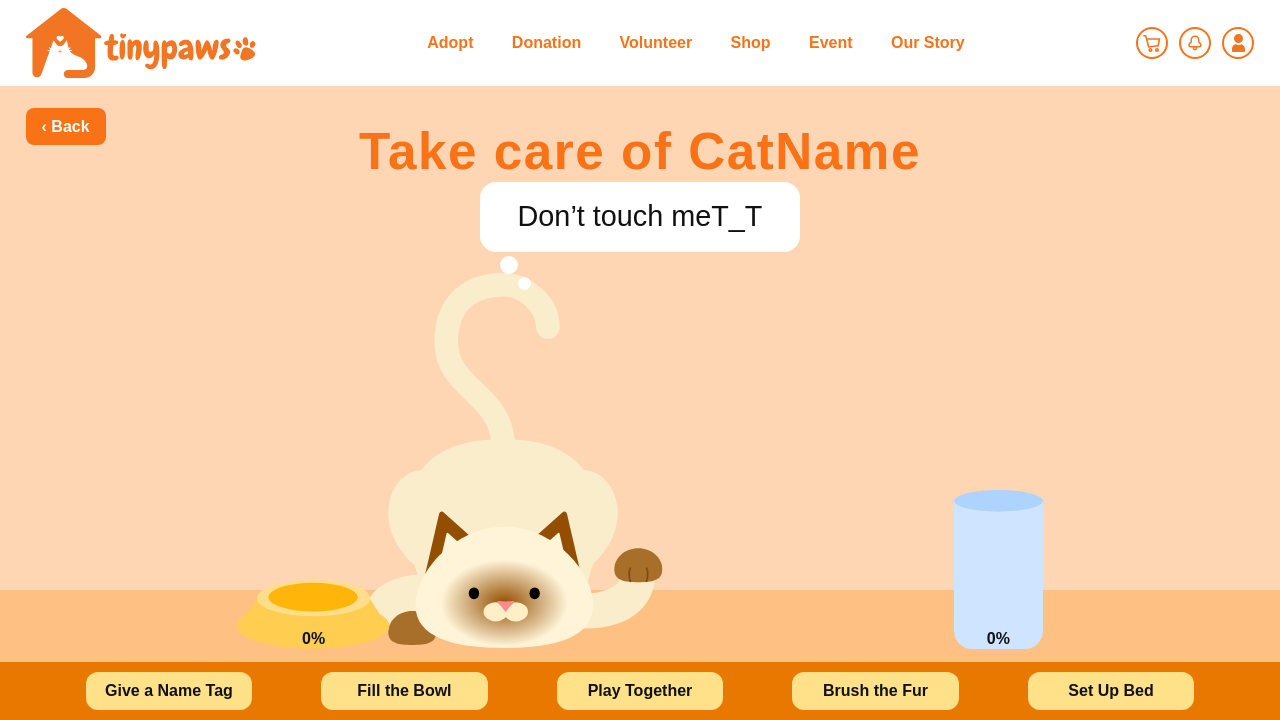
Repository: LShuyanLi/TinyPaws
Page: /, after clicking the first element matching `div > div`
The author's editor kept a copy of each file at every save. The page is drawn from the files as they stood at one save, then again after the next save.
The browser window is 1280 px wide. The pictures show the whole page.
The project was rebuilt for these pictures with package versions that can differ from the ones it lists, and the page was loaded fresh each time. The framework's server and built-in components were replaced by stand-ins that run in the browser. Also part of the build but not shown: next.config.mjs.

Above is the page before, as saved 2026-05-09 23:38:25.

### app/layout.js
import { Geist, Geist_Mono } from "next/font/google";
import "./globals.css";

const geistSans = Geist({
  variable: "--font-geist-sans",
  subsets: ["latin"],
});

const geistMono = Geist_Mono({
  variable: "--font-geist-mono",
  subsets: ["latin"],
});

export const metadata = {
  title: "Create Next App",
  description: "Generated by create next app",
};

export default function RootLayout({ children }) {
  return (
    <html lang="en" className={`${geistSans.variable} ${geistMono.variable}`}>
      <body>{children}</body>
    </html>
  );
}

### app/page.js
"use client";

import { useState } from "react";

import Header from "@/components/shared/Header";
import ChooseScreen from "@/components/shuyan/ChooseScreen";
import PlayScreen from "@/components/shuyan/PlayScreen";



export default function Home() {
  const [screen, setScreen] = useState("choose");
  const [selectedCat, setSelectedCat] = useState(null);

  function goToChoose() {
    setScreen("choose");
  }

  function goToPlay(catImage) {
    setSelectedCat(catImage);
    setScreen("play");
  }

  return (
    <main
      style={{
        width: "100vw",
        height: "100vh",
        margin: 0,
        overflow: "hidden",
        fontFamily: "Arial, Helvetica, sans-serif",
        backgroundColor: "#ffd6b3",
      }}
    >
      <Header />

      {screen === "choose" && (
        <ChooseScreen goToPlay={goToPlay} />
      )}

      {screen === "play" && (
        <PlayScreen
        goToChoose={goToChoose}
        selectedCat={selectedCat} />
      )}
    </main>
  );
}

### app/globals.css
:root {
  --background: #ffffff;
  --foreground: #171717;
}

@media (prefers-color-scheme: dark) {
  :root {
    --background: #0a0a0a;
    --foreground: #ededed;
  }
}

html {
  height: 100%;
}

html,
body {
  max-width: 100vw;
  overflow-x: hidden;
}

body {
  min-height: 100%;
  display: flex;
  flex-direction: column;
  color: var(--foreground);
  background: var(--background);
  font-family: Arial, Helvetica, sans-serif;
  -webkit-font-smoothing: antialiased;
  -moz-osx-font-smoothing: grayscale;
}

* {
  box-sizing: border-box;
  padding: 0;
  margin: 0;
}

a {
  color: inherit;
  text-decoration: none;
}

@media (prefers-color-scheme: dark) {
  html {
    color-scheme: dark;
  }
}

### components/shared/Header.jsx
// Displays the decorative top navigation area with the logo, nav menu, and icons.

export default function Header() {
  return (
    <header
      style={{
        width: "100%",
        height: "12vh",
        backgroundColor: "#ffffff",
        display: "flex",
        alignItems: "center",
        justifyContent: "space-between",
        padding: "0 2vw",
        boxSizing: "border-box",
      }}
    >
      <img
        src="/Logo.svg"
        alt="TinyPaws logo"
        style={{
          width: "18vw",
          minWidth: "150px",
          maxWidth: "270px",
          height: "auto",
        }}
      />

      <nav
        style={{
          display: "flex",
          gap: "3vw",
          color: "#f97316",
          fontWeight: "700",
          fontSize: "1rem",
        }}
      >
        <span>Adopt</span>
        <span>Donation</span>
        <span>Volunteer</span>
        <span>Shop</span>
        <span>Event</span>
        <span>Our Story</span>
      </nav>

      <div
        style={{
          display: "flex",
          gap: "0.7rem",
        }}
      >
        <button style={iconButtonStyle}>
         <img src="/chart.svg" style={iconImageStyle} />
        </button>

        <button style={iconButtonStyle}>
          <img src="/bell.svg" style={iconImageStyle} />
        </button>

        <button style={iconButtonStyle}>
         <img src="/user.svg" style={iconImageStyle} />
        </button>
      </div>
    </header>
  );
}

const iconButtonStyle = {
  width: "2rem",
  height: "2rem",
  border: "2px solid #f97316",
  borderRadius: "50%",
  backgroundColor: "#ffffff",
  color: "#f97316",
  cursor: "pointer",
  display: "flex",
  alignItems: "center",
  justifyContent: "center",
};

const iconImageStyle = {
  width: "1.1rem",
  height: "1.1rem",
  objectFit: "contain",
  display: "block",
};

### components/shuyan/ChooseScreen.jsx
import PokeCatBall from "@/components/shuyan/PokeCatBall";

export default function ChooseScreen({ goToPlay }) {

    return (
        <section
        style={{
            position: "relative",
            width: "100%",
            height: "88vh",
            backgroundColor: "#ffd6b3",
        }}
        >

        <h1
            style={{
            margin: 0,
            paddingTop: "5vh",
            textAlign: "center",
            color: "#f97316",
            fontSize: "clamp(2rem, 4vw, 3.3rem)",
            fontWeight: "700",
            letterSpacing: "0.03em",
            }}
        >
            Choose Your New Little Friend
        </h1>

        <div
            style={{
            position: "relative",
            zIndex: 5,
            width: "100%",
            display: "flex",
            justifyContent: "space-around",
            alignItems: "flex-start",
            marginTop: "8vh",
            padding: "0 4vw",
            boxSizing: "border-box",
            }}
        >
            <PokeCatBall
                closeBall="/CloseBall.svg"
                openBall="/OpenBall-1.svg"
                catImage="/cat-1.svg"
                goToPlay={goToPlay} />
            <PokeCatBall
                closeBall="/CloseBall.svg"
                openBall="/OpenBall-2.svg"
                catImage="/cat-2.svg"
                goToPlay={goToPlay} />
            <PokeCatBall
                closeBall="/CloseBall.svg"
                openBall="/OpenBall-3.svg"
                catImage="/cat-3.svg"
                goToPlay={goToPlay} />
        </div>

        <div
            style={{
            position: "absolute",
            left: 0,
            bottom: "7.5vh",
            width: "100%",
            height: "10vh",
            backgroundColor: "#ffc083",
            }}
        />

        <div
            style={{
            position: "absolute",
            left: 0,
            bottom: 0,
            width: "100%",
            height: "7.5vh",
            backgroundColor: "#e97800",
            }}
        />
        </section>
    );
}

### components/shuyan/PlayScreen.jsx
// PlayScreen.jsx: Builds the main cat play screen with the background, cat area, feeding area, tools, bed, and bottom buttons.

import BackButton from "@/components/shuyan/BackButton";
import BottomActionBar from "@/components/shuyan/BottomActionBar";
import CatDisplay from "@/components/shared/CatDisplay";
import FoodBowl from "@/components/Jinwon/FoodBowl";
import WaterBottle from "@/components/Jinwon/WaterBottle";
import CatEmotion from "@/components/Jessica/CatEmotion";

export default function PlayScreen({ goToChoose, selectedCat }) {
  return (
    <section
      style={{
        position: "relative",
        width: "100%",
        height: "88vh",
        backgroundColor: "#ffd6b3",
        overflow: "hidden",
      }}
    >
      <BackButton goToChoose={goToChoose}/>

      <h1
        style={{
          margin: 0,
          paddingTop: "5vh",
          textAlign: "center",
          color: "#f97316",
          fontSize: "clamp(2rem, 4vw, 3.3rem)",
          fontWeight: "700",
          letterSpacing: "0.03em",
          position: "relative",
          zIndex: 5,
        }}
      >
        Take care of CatName
      </h1>

      {/* Light orange ground */}
      <div
        style={{
          position: "absolute",
          left: 0,
          bottom: "8vh",
          width: "100%",
          height: "10vh",
          backgroundColor: "#ffc083",
          zIndex: 1,
        }}
      />

      {/* Main play area */}
      <div
        style={{
          position: "absolute",
          left: "50%",
          bottom: "10vh",
          transform: "translateX(-50%)",
          width: "75vw",
          height: "50vh",
          zIndex: 5,
        }}
      >
        <CatEmotion />
        <FoodBowl />
        <CatDisplay selectedCat={selectedCat}/>
        <WaterBottle />
      </div>

      <BottomActionBar />
    </section>
  );
}

### components/shuyan/PokeCatBall.jsx
"use client";
// Displays one selectable pokeCAT ball and shows its cat preview on hover.

import { useState } from "react";

export default function PokeCatBall({ closeBall, openBall, goToPlay, catImage }) {

    const [isHover, setIsHover] = useState(false);

    function pokecatBall() {
        if (!isHover) {
            return closeBall;
        } else {
            return openBall;
        }
    }

    return (
        <div
            onClick={() => goToPlay(catImage)}
            onMouseEnter={() => setIsHover(true)}
            onMouseLeave={() => setIsHover(false)}
            style={{
                width: "24vw",
                maxWidth: "380px",
                minWidth: "230px",
                height: "50vh",
                display: "flex",
                alignItems: "flex-start",
                justifyContent: "center",
                cursor: "pointer"
            }}
        >
        <img
            src={pokecatBall()}
            style={{
            width: "90%",
            objectFit: "contain",
            display: "block",
            }}
        />
        </div>
    );
}

### components/shuyan/BackButton.jsx
// Displays the back button and returns the user to the cat selection screen.


export default function BackButton({ goToChoose }) {
  return (
    <button
        onClick={goToChoose}
        style={{
            position: "absolute",
            top: "3vh",
            left: "2vw",
            backgroundColor: "#f97316",
            color: "#ffffff",
            border: "none",
            borderRadius: "8px",
            padding: "0.6rem 1rem",
            fontSize: "1rem",
            fontWeight: "600",
            cursor: "pointer",
            zIndex: 10,
      }}
    >
      ‹ Back
    </button>
  );
}

### components/shuyan/BottomActionBar.jsx
"use client";

// BottomActionBar.jsx: Displays the bottom interaction buttons and shows each hover bubble.

import { useState } from "react";

export default function BottomActionBar( {
  activeButton,
  setActiveButton,
  setSelectedBed, //these three are for the bed feature
  ballSpeed,
  setBallSpeed, //these two are for the play ball feature
  featherActive,
  setFeatherActive,
}) {
  return (
    <div
      style={{
        position: "absolute",
        left: 0,
        bottom: 0,
        width: "100%",
        height: "8vh",
        backgroundColor: "#e97800",
        display: "flex",
        alignItems: "center",
        justifyContent: "space-around",
        padding: "0 4vw",
        boxSizing: "border-box",
        zIndex: 20,
      }}
    >
      {/* Name button - Elina can connect this to NameTag modal later */}
      <div style={{ position: "relative" }}>
        <button style={buttonStyle}>Give a Name Tag</button>
      </div>

      {/* Feed button - Jinwon */}
      <div
        onMouseEnter={() => setActiveButton("feed")}
        onMouseLeave={() => setActiveButton(null)}
        style={{ position: "relative" }}
      >
        {activeButton === "feed" && (
          <div style={bubbleStyle}>
            <img src="/bubble-3.svg" style={bubbleBackgroundStyle} />

            {/* dry food option - Jinwon can add onClick here */}
            <img
              src="/dryfood.svg"
              style={{
                position: "absolute",
                top: "8%",
                left: "50%",
                transform: "translateX(-50%)",
                width: "45%",
                height: "auto",
                cursor: "pointer",
              }}
            />

            {/* wet food option - Jinwon can add onClick here */}
            <img
              src="/wetfood.svg"
              style={{
                position: "absolute",
                top: "34%",
                left: "50%",
                transform: "translateX(-50%)",
                width: "45%",
                height: "auto",
                cursor: "pointer",
              }}
            />

            {/* water option - Jinwon can add onClick here */}
            <img
              src="/water.svg"
              style={{
                position: "absolute",
                top: "60%",
                left: "50%",
                transform: "translateX(-50%)",
                width: "38%",
                height: "auto",
                cursor: "pointer",
              }}
            />
          </div>
        )}

        <button style={buttonStyle}>Fill the Bowl</button>
      </div>

      {/* Play button - Jonah handles ball/feather, Elina handles hand */}
      <div
        style={{ position: "relative" }}
      >
        {activeButton === "play" && (
          <div style={bubbleStyle}>
            <img src="/bubble-3.svg" style={bubbleBackgroundStyle} />

            {/* ball option - Jonah can add onClick here */}
            <img
              src="/ball.svg"
                onClick={() => {
                setFeatherActive(false);

                setBallSpeed(prev =>
                  prev === "stop"
                    ? "slow"
                    : prev === "slow"
                    ? "fast"
                    : "stop"
                );
              }}
              style={{
                position: "absolute",
                top: "8%",
                left: "50%",
                transform: "translateX(-50%)",
                width: "42%",
                height: "auto",
                cursor: "pointer",
                opacity: ballSpeed === "stop" ? 0.5 : 1
              }}
            />

            {/* feather option - Jonah can add onClick here */}
            <img
              src="/feather.svg"
              onClick={() => {
                setBallSpeed("stop");
                setFeatherActive(prev => !prev);
              }}
              style={{
                position: "absolute",
                top: "30%",
                left: "50%",
                transform: "translateX(-50%)",
                width: "55%",
                height: "auto",
                cursor: "pointer",
              }}
            />

            {/* hand option - Elina can add onClick here */}
            <img
              src="/hand.svg"
              style={{
                position: "absolute",
                top: "55%",
                left: "50%",
                transform: "translateX(-50%)",
                width: "42%",
                height: "auto",
                cursor: "pointer",
              }}
            />
          </div>
        )}

        <button
          style={buttonStyle}
          onClick={() =>
            setActiveButton(activeButton === "play" ? null : "play")
          }
        >Play Together</button>
      </div>

      {/* Brush button - Elina */}
      <div
        onMouseEnter={() => setActiveButton("brush")}
        onMouseLeave={() => setActiveButton(null)}
        style={{ position: "relative" }}
      >
        {activeButton === "brush" && (
          <div style={bubbleStyle}>
            <img src="/bubble-1.svg" style={bubbleBackgroundStyle} />

            {/* brush option - Elina can add onClick here */}
            <img
              src="/brush.svg"
              style={{
                position: "absolute",
                top: "22%",
                left: "50%",
                transform: "translateX(-50%)",
                width: "55%",
                height: "auto",
                cursor: "pointer",
              }}
            />
          </div>
        )}

        <button style={buttonStyle}>Brush the Fur</button>
      </div>

      {/* Bed button - Jonah */}
      <div
        style={{ position: "relative" }}
      >
        {activeButton === "bed" && (
          <div style={bubbleStyle}>
            <img src="/bubble-2.svg" style={bubbleBackgroundStyle} />

            {/* yellow bed option - Jonah can add onClick here */}
            <img
              src="/bed-1.svg"
              onClick={() => {
                setSelectedBed(prev =>
                  prev === "yellow" ? null : "yellow"
                );
              }}
              style={{
                position: "absolute",
                top: "12%",
                left: "50%",
                transform: "translateX(-50%)",
                width: "55%",
                height: "auto",
                cursor: "pointer",
              }}
            />

            {/* green bed option - Jonah can add onClick here */}
            <img
              src="/bed-2.png"
              onClick={() => {
                setSelectedBed(prev =>
                  prev === "green" ? null : "green"
                );
              }}
              style={{
                position: "absolute",
                top: "48%",
                left: "50%",
                transform: "translateX(-50%)",
                width: "55%",
                height: "auto",
                cursor: "pointer",
              }}
            />
          </div>
        )}

        <button
          style={buttonStyle}
          onClick={() =>
            setActiveButton(activeButton === "bed" ? null : "bed")
          }
        >Set Up Bed</button>
      </div>
    </div>
  );
}

const buttonStyle = {
  width: "13vw",
  minWidth: "150px",
  maxWidth: "200px",
  height: "2.4rem",
  border: "none",
  borderRadius: "12px",
  backgroundColor: "#ffe18a",
  color: "#111111",
  fontSize: "1rem",
  fontWeight: "600",
  cursor: "pointer",
};

const bubbleStyle = {
  position: "absolute",
  left: "50%",
  bottom: "3.4rem",
  transform: "translateX(-50%)",
  width: "7vw",
  minWidth: "95px",
  maxWidth: "140px",
  zIndex: 40,
};

const bubbleBackgroundStyle = {
  width: "100%",
  height: "auto",
  display: "block",
};

### components/shared/CatDisplay.jsx
// CatDisplay.jsx: Displays the selected cat image on the play screen.

export default function CatDisplay({
  selectedBed,
  ballSpeed,
  featherActive,
}) {
  let catImage = "/cat-1.svg";

  let catStyle = {
    width: "60%",
    height: "60%",
    objectFit: "contain",
    position: "absolute",
    bottom: "0px",
  };

  if (featherActive) {
    catImage = "/catreach-1.svg";

    catStyle = {
      ...catStyle,
      width: "300%",
    }

  } else if (ballSpeed !== "stop") {
    catImage = "/catcrouch-1.svg";
  }

  return (
    <div
      style={{
        position: "absolute",
        left: "50%",
        bottom: "0",
        transform: "translateX(-50%)",
        zIndex: 1,
      }}
    >
      {selectedBed === "yellow" && (
        <img
          src="/yellow-bed.svg"
          style={{
            position: "absolute",
            bottom: "-130px",
            left: "50%",
            transform: "translateX(-50%)",
            width: "30vw",
            minWidth: "200px",
            zIndex: 0,
          }}
        />
      )}

      {selectedBed === "green" && (
        <img
          src="/green-bed.svg"
          style={{
            position: "absolute",
            bottom: "-130px",
            left: "50%",
            transform: "translateX(-50%)",
            width: "30vw",
            minWidth: "200px",
            zIndex: 0,
          }}
        />
      )}
      <div
        style={{
          width: "625px",
          height: "625px",
          position: "relative",
        }}
      >
        <img
          src={catImage}
          style={catStyle}
        />
      </div>
    </div>
  );
}

### components/Jinwon/FoodBowl.jsx
// FoodBowl.jsx: Displays the bowl and shows dry or wet food when the bowl is clicked.

export default function FoodBowl({ bowlType }) {
  const isBowlFilled = bowlType === "dry" || bowlType === "wet";
  const fillImage = bowlType === "wet" ? "/wetfood.svg" : "/dryfood.svg";

  return (
    <div
      style={{
        position: "absolute",
        left: "8%",
        bottom: "0",
        zIndex: 10,
        textAlign: "center",
      }}
    >
      <img
        src="/bowl.svg"
        style={{
          width: "12vw",
          minWidth: "120px",
          maxWidth: "190px",
          height: "auto",
          display: "block",
        }}
      />

      {isBowlFilled && (
        <img
          src={fillImage}
          style={{
            position: "absolute",
            left: "50%",
            bottom: "22px",
            transform: "translateX(-50%)",
            width: "50%",
            height: "auto",
          }}
        />
      )}

      <p
        style={{
          margin: "-1.2rem 0 0",
          color: "#111111",
          fontSize: "1rem",
          fontWeight: "700",
        }}
      >
        {isBowlFilled ? "100%" : "0%"}
      </p>
    </div>
  );
}

### components/Jinwon/WaterBottle.jsx
// WaterBottle.jsx: Displays the water bottle and shows water level when the bottle is clicked.

export default function WaterBottle({ hasWater }) {
  const isBottleFilled = hasWater;

  return (
    <div
      style={{
        position: "absolute",
        right: "8%",
        bottom: "0",
        zIndex: 10,
        textAlign: "center",
      }}
    >
      <img
        src="/water-bottle.svg"
        style={{
          width: "7vw",
          minWidth: "80px",
          maxWidth: "130px",
          height: "auto",
          display: "block",
        }}
      />

      {isBottleFilled && (
        <img
          src="/water.svg"
          style={{
            position: "absolute",
            left: "50%",
            bottom: "22px",
            transform: "translateX(-50%)",
            width: "44%",
            height: "auto",
          }}
        />
      )}

      <p
        style={{
          margin: "-1.2rem 0 0",
          color: "#111111",
          fontSize: "1rem",
          fontWeight: "700",
        }}
      >
        {isBottleFilled ? "100%" : "0%"}
      </p>
    </div>
  );
}

### components/Jessica/CatEmotion.jsx
// CatEmotion.jsx: Displays the cat’s emotion emoji and thought bubble based on interaction results.

export default function CatEmotion() {
  return (
    <div
      style={{
        position: "absolute",
        left: "50%",
        bottom: "55vh",
        transform: "translateX(-50%)",
        zIndex: 30,
      }}
    >
      {/* Thought bubble box */}
      <div
        style={{
          position: "relative",
          width: "320px",
          minHeight: "70px",
          backgroundColor: "#ffffff",
          borderRadius: "16px",
          display: "flex",
          alignItems: "center",
          justifyContent: "center",
          padding: "0 1.5rem",
          boxSizing: "border-box",
          color: "#111111",
          fontSize: "1.8rem",
          fontWeight: "400",
        }}
      >
        Don’t touch meT_T
      </div>

      {/* Small bubble dots */}
      <div
        style={{
          position: "absolute",
          left: "20px",
          bottom: "-22px",
          width: "18px",
          height: "18px",
          backgroundColor: "#ffffff",
          borderRadius: "50%",
        }}
      />

      <div
        style={{
          position: "absolute",
          left: "38px",
          bottom: "-38px",
          width: "13px",
          height: "13px",
          backgroundColor: "#ffffff",
          borderRadius: "50%",
        }}
      />
    </div>
  );
}

After the next save:
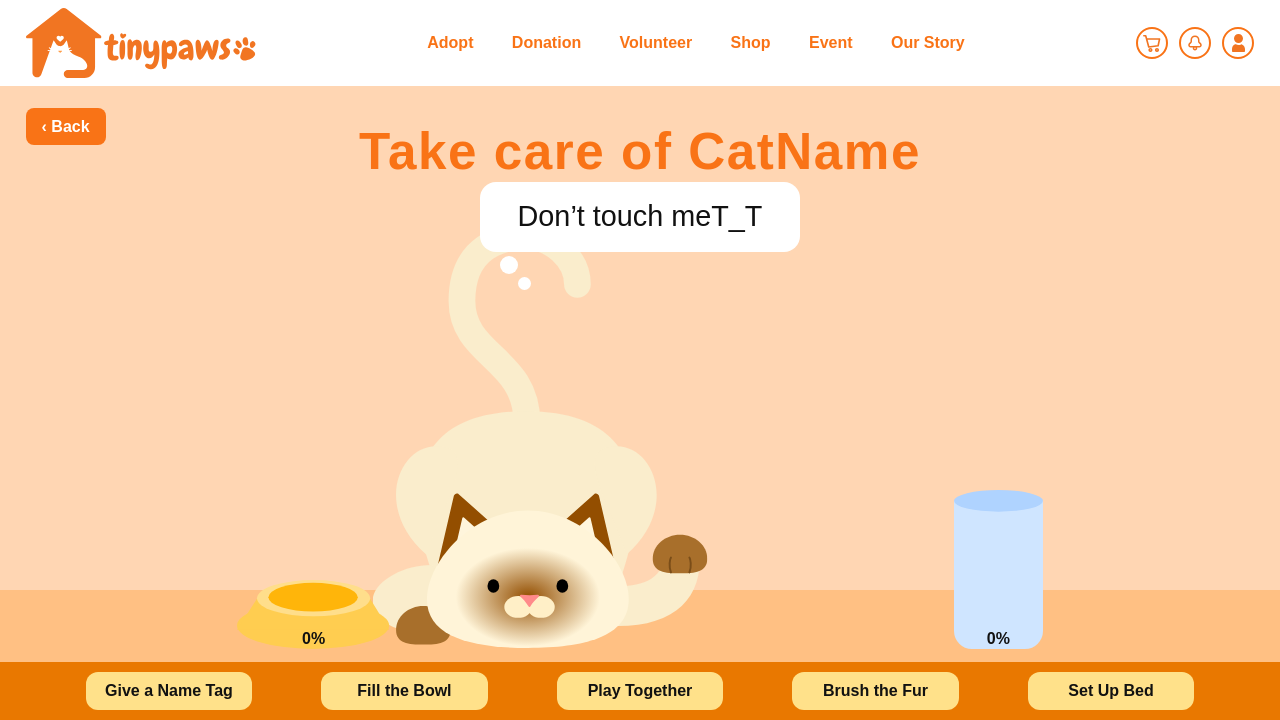
Saved 7 s later.
--- a/components/shared/CatDisplay.jsx
+++ b/components/shared/CatDisplay.jsx
@@ -8,8 +8,8 @@ export default function CatDisplay({
   let catImage = "/cat-1.svg";
 
   let catStyle = {
-    width: "60%",
-    height: "60%",
+    width: "68%",
+    height: "68%",
     objectFit: "contain",
     position: "absolute",
     bottom: "0px",
